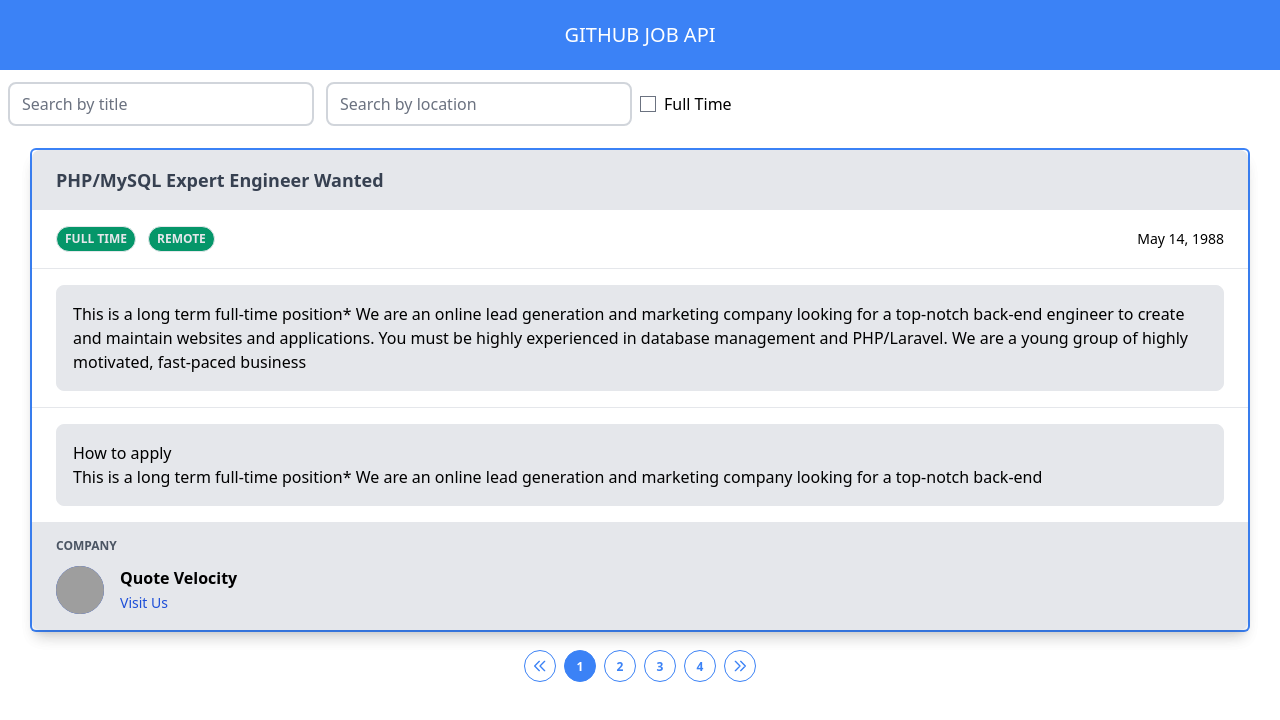
Repository: ShamroOoz/Github-job-api-React-Tailwind
Page: /
These files come from the project's save history. The page is drawn as it stood at one moment and after the next save; the edit follows.
The browser window is 1280 px wide. The pictures show the whole page.
Pictures or frames that could not be fetched are drawn as grey boxes. The page's requests for data from a server got no answer. The project was rebuilt for these pictures with package versions that can differ from the ones it lists, and the page was loaded fresh each time. No one was signed in, and anything a server would have sent is missing. Also part of the build but not shown: craco.config.js, src/components/Spinner.js, src/components/Alert.js.

Above is the page before, as saved 2021-03-21 18:39:39.

### src/index.css
@tailwind base;
@tailwind components;
@tailwind utilities;

.text-style {
  @apply w-3/5 outline-none border-0 focus:ring-2 ring-indigo-600 border-2 border-gray-300 rounded-lg placeholder-gray-500 placeholder-opacity-100;
}

### src/App.js
import { useState } from "react";
import { useFetch } from "./components/Hooks/useFetch";
import NavBar from "./components/NavBar";
import SearchForm from "./components/SearchForm";
import Pagination from "./components/Pagination";
import Job from "./components/Reducer/Job";
import Spinner from "./components/Spinner";
import Alert from "./components/Alert";

function App() {
  const [params, setparam] = useState({});
  const [page, setpage] = useState(1);
  const { jobs, loading, error } = useFetch(params, page);

  const handleparamchange = (e) => {
    setpage(1);
    let param = e.target.name;
    let value = e.target.value;
    setparam((prevparams) => {
      return { ...prevparams, [param]: value };
    });
  };

  return (
    <>
      <NavBar />
      <SearchForm handleparamchange={handleparamchange} params={params} />
      {/* <div className="px-2">
        {loading && <Spinner />}
        {error && <Alert />}
        {jobs &&
          jobs.map((result, index) => <Job key={index} reult={result} />)}
      </div> */}
      <Job />
      <Pagination />
    </>
  );
}

export default App;

### src/components/Hooks/useFetch.js
import { useReducer, useEffect } from "react";
import axios from "axios";
import { reducer, ACTIONS } from "../Reducer/Reduce";

//
const { MAKE_REQUEST, GET_DATA, ERROR } = ACTIONS;
const BASE_URL = "........";
//"https://secret-ocean-49799.herokuapp.com/https://jobs.github.com/positions.json";

const initialState = {
  jobs: [],
  loading: false,
  error: false,
};

export const useFetch = (params, page) => {
  const [state, dispatch] = useReducer(reducer, initialState);

  //useeffect hook to get data

  useEffect(() => {
    const cancelToken = axios.CancelToken.source();
    dispatch({ type: MAKE_REQUEST, payload: "" });
    axios
      .get(BASE_URL, {
        cancelToken: cancelToken.token,
        params: {
          markdown: true,
          page: page,
          ...params,
        },
      })
      .then((res) => {
        dispatch({ type: GET_DATA, payload: res.data });
        console.log(res.data);
      })
      .catch((err) => {
        if (axios.isCancel(err)) return;
        dispatch({ type: ERROR, payload: err });
      });
    //clean up
    return () => {
      cancelToken.cancel();
    };
  }, [page, params]);

  return state;
};

### src/components/NavBar.js
import React from "react";

const NavBar = () => {
  return (
    <nav className="relative flex flex-wrap items-center justify-center px-2 py-3 navbar-expand-lg bg-blue-500 ">
      <h2 className=" inline-block py-2 whitespace-no-wrap uppercase text-xl font-normal leading-normal  text-white">
        Github Job Api
      </h2>
    </nav>
  );
};

export default NavBar;

### src/components/SearchForm.js
import React from "react";

const SearchForm = ({ handleparamchange, params }) => {
  return (
    <form>
      <div className="grid grid-cols-2  ">
        <div className="py-3 px-2 flex space-x-3 ">
          <input
            className="text-style"
            type="text"
            placeholder={`Search by title `}
            name="description"
            value={params.description || ""}
            onChange={handleparamchange}
          />
          <input
            className="text-style"
            type="text"
            placeholder={`Search by location`}
            name="location"
            value={params.location || ""}
            onChange={handleparamchange}
          />
        </div>
        <div className="flex">
          <label className="flex items-center">
            <input
              type="checkbox"
              value={params.full_time || ""}
              onChange={handleparamchange}
            />
            <span className="ml-2">Full Time </span>
          </label>
        </div>
      </div>
    </form>
  );
};

export default SearchForm;

### src/components/Pagination.js
import React from "react";

const Pagination = () => {
  return (
    <nav className="block py-2 flex justify-center ">
      <ul className="flex pl-0 rounded list-none flex-wrap">
        <li>
          <a
            href="#pablo"
            className="first:ml-0 text-xs font-semibold flex w-8 h-8 mx-1 p-0 rounded-full items-center justify-center leading-tight relative border border-solid border-blue-500 bg-white text-blue-500"
          >
            <svg
              xmlns="http://www.w3.org/2000/svg"
              fill="none"
              viewBox="0 0 24 24"
              stroke="currentColor"
              className="w-4"
            >
              <path
                strokeLinecap="round"
                strokeLinejoin="round"
                strokeWidth="2"
                d="M11 19l-7-7 7-7m8 14l-7-7 7-7"
              />
            </svg>
          </a>
        </li>
        <li>
          <a
            href="#pablo"
            className="first:ml-0 text-xs font-semibold flex w-8 h-8 mx-1 p-0 rounded-full items-center justify-center leading-tight relative border border-solid border-blue-500 text-white bg-blue-500"
          >
            1
          </a>
        </li>
        <li>
          <a
            href="#pablo"
            className="first:ml-0 text-xs font-semibold flex w-8 h-8 mx-1 p-0 rounded-full items-center justify-center leading-tight relative border border-solid border-blue-500 bg-white text-blue-500"
          >
            2
          </a>
        </li>
        <li>
          <a
            href="#pablo"
            className="first:ml-0 text-xs font-semibold flex w-8 h-8 mx-1 p-0 rounded-full items-center justify-center leading-tight relative border border-solid border-blue-500 bg-white text-blue-500"
          >
            3
          </a>
        </li>
        <li>
          <a
            href="#pablo"
            className="first:ml-0 text-xs font-semibold flex w-8 h-8 mx-1 p-0 rounded-full items-center justify-center leading-tight relative border border-solid border-blue-500 bg-white text-blue-500"
          >
            4
          </a>
        </li>

        <li>
          <a
            href="#pablo"
            className="first:ml-0 text-xs font-semibold flex w-8 h-8 mx-1 p-0 rounded-full items-center justify-center leading-tight relative border border-solid border-blue-500 bg-white text-blue-500"
          >
            <svg
              xmlns="http://www.w3.org/2000/svg"
              fill="none"
              viewBox="0 0 24 24"
              stroke="currentColor"
              className="w-4"
            >
              <path
                strokeLinecap="round"
                strokeLinejoin="round"
                strokeWidth="2"
                d="M13 5l7 7-7 7M5 5l7 7-7 7"
              />
            </svg>
          </a>
        </li>
      </ul>
    </nav>
  );
};

export default Pagination;

### src/components/Reducer/Job.js
import React from "react";

const Job = (props) => {
  return (
    <div className="flex shadow-lg ring-2 ring-blue-500 mx-8 my-3 rounded">
      <div className="w-full flex flex-col bg-white shadow-lg rounded-lg overflow-hidden">
        <div className="bg-gray-200 text-gray-700 text-lg px-6 py-4 font-bold">
          PHP/MySQL Expert Engineer Wanted
        </div>

        <div className="flex justify-between items-center px-6 py-4">
          <div className="flex space-x-3">
            <div className="bg-green-600 text-xs uppercase px-2 py-1 rounded-full border border-gray-200 text-gray-200 font-bold">
              Full Time
            </div>
            <div className="bg-green-600 text-xs uppercase px-2 py-1 rounded-full border border-gray-200 text-gray-200 font-bold">
              remote
            </div>
          </div>
          <div className="text-sm">May 14, 1988</div>
        </div>

        <div className="px-6 py-4 border-t border-gray-200">
          <div className="border rounded-lg p-4 bg-gray-200">
            <span>
              This is a long term full-time position* We are an online lead
              generation and marketing company looking for a top-notch back-end
              engineer to create and maintain websites and applications. You
              must be highly experienced in database management and PHP/Laravel.
              We are a young group of highly motivated, fast-paced business
            </span>
          </div>
        </div>
        <div className="px-6 py-4 border-t border-gray-200">
          <div className="border rounded-lg p-4 bg-gray-200">
            <h2>How to apply</h2>
            <span>
              This is a long term full-time position* We are an online lead
              generation and marketing company looking for a top-notch back-end
            </span>
          </div>
        </div>

        <div className="bg-gray-200 px-6 py-4 flex">
          <div>
            <div className="uppercase text-xs text-gray-600 font-bold">
              Company
            </div>
            <div className="flex items-center pt-3">
              <img
                src={`"https://jobs.github.com/rails/active_storage/blobs/eyJfcmFpbHMiOnsibWVzc2FnZSI6IkJBaHBBbUNkIiwiZXhwIjpudWxsLCJwdXIiOiJibG9iX2lkIn19--9f231bb6ce6ab74ff6733a699af7ad6affdfd9d6/Yields_logo_bichrome.jpg"`}
                alt=""
                className="bg-blue-700 w-12 h-12 flex justify-center items-center rounded-full uppercase font-bold text-white"
              />

              <div className="ml-4">
                <p className="font-bold">Quote Velocity</p>
                <a
                  href={`http://www.yields.io`}
                  className="text-sm text-blue-700 mt-1"
                >
                  Visit Us
                </a>
              </div>
            </div>
          </div>
        </div>
      </div>
    </div>
  );
};

export default Job;

### src/components/Reducer/Reduce.js
export const ACTIONS = {
  MAKE_REQUEST: "MAKE_REQUEST",
  GET_DATA: "GET_DATA",
  ERROR: "ERROR",
};

export const reducer = (state, action) => {
  switch (action.type) {
    case ACTIONS.MAKE_REQUEST:
      return { ...state, loading: true };
    case ACTIONS.GET_DATA:
      return {
        ...state,
        loading: false,
        jobs: action.payload,
      };
    case ACTIONS.ERROR:
      return { ...state, error: true };
    default:
      return state;
  }
};

Loaded but not shown: public/index.html (common file); src/index.js (common file); tailwind.config.js (common file)

After the next save:
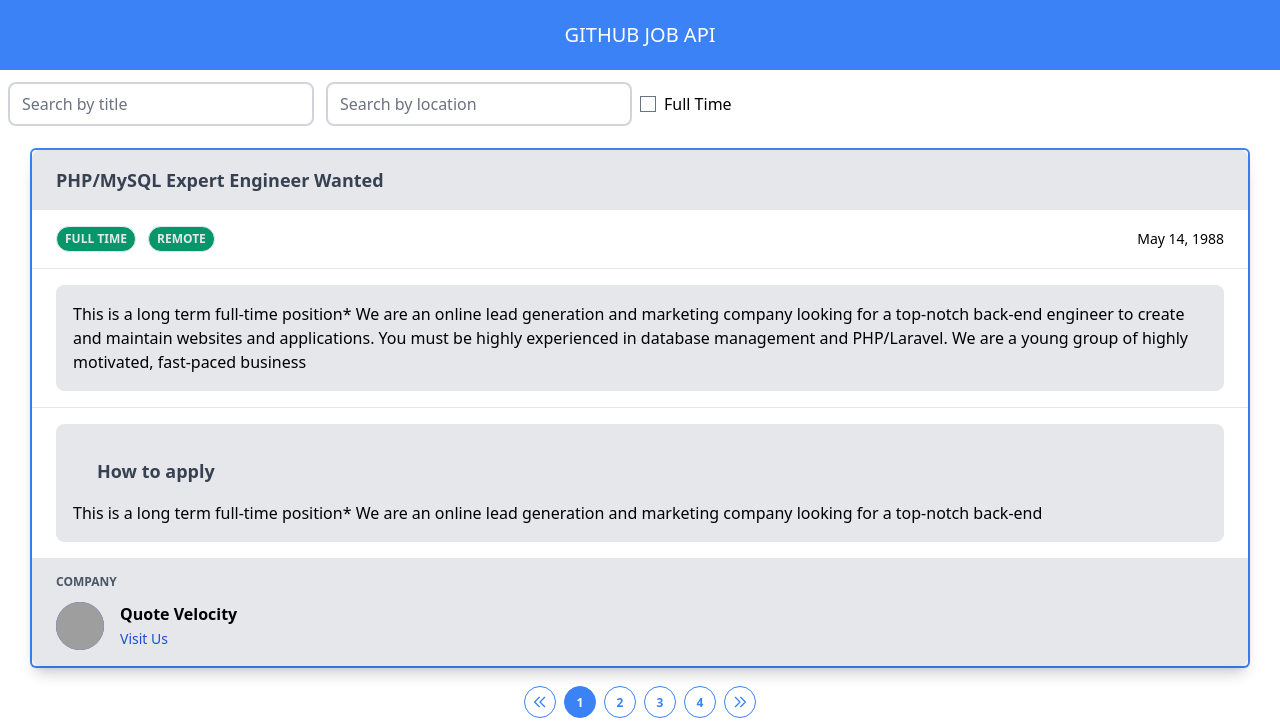
Saved 45 s later.
--- a/src/components/Reducer/Job.js
+++ b/src/components/Reducer/Job.js
@@ -33,7 +33,9 @@
         </div>
         <div className="px-6 py-4 border-t border-gray-200">
           <div className="border rounded-lg p-4 bg-gray-200">
-            <h2>How to apply</h2>
+            <h2 className=" text-gray-700 text-lg px-6 py-4 font-bold">
+              How to apply
+            </h2>
             <span>
               This is a long term full-time position* We are an online lead
               generation and marketing company looking for a top-notch back-end
